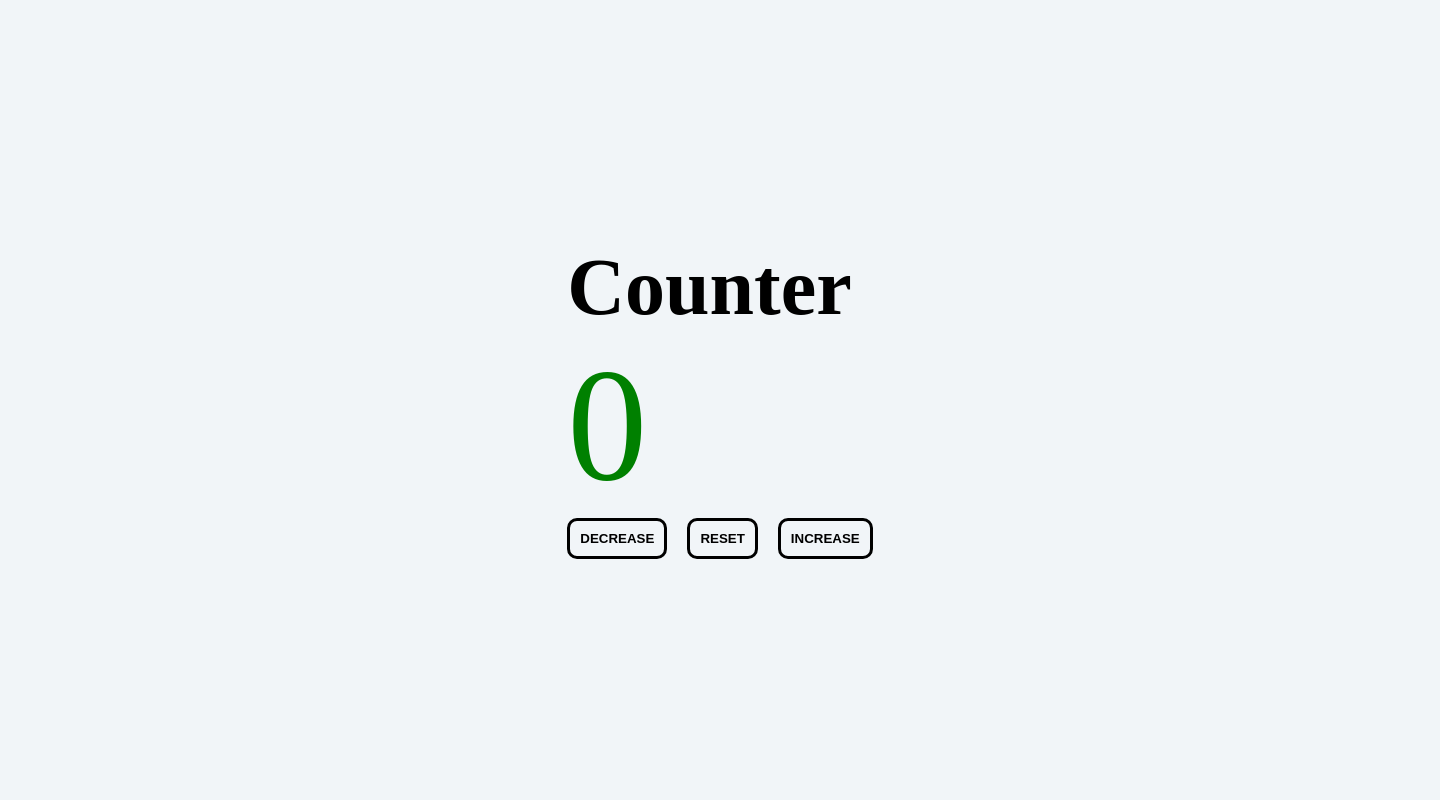
Repository: imokha01/createCounter
Page: index.html
An editor plug-in stored every save of this project. The page is shown before and after a run of saves, followed by the edit.
The browser window is 1280 px wide. The page is 1440 px wide, so the pictures cover 1440 px, including what lies to the right of the window. The pictures show the whole page.
After loading, the first visible `button.btn` was clicked once.

Above is the page before, as saved 2024-01-18 09:03:25.

### index.html
<!DOCTYPE html>
<html lang="en">
  <head>
    <meta charset="UTF-8" />
    <meta name="viewport" content="width=device-width, initial-scale=1.0" />
    <link rel="stylesheet" href="style.css" />
    <title>Document</title>
  </head>
  <body>
    <div class="main">
      <div class="container">
        <h1>Counter</h1>
        <div id="countDisplay" value="0">0</div>
        <div class="controls">
          <button  class="btn decrease">DECREASE</button>
          <button  class="btn reset">RESET</button>
          <button  class="btn increase">INCREASE</button>
        </div>
      </div>
    </div>
    <script src="./index.js"></script>
  </body>
</html>

### style.css
* {
    margin: 0;
    padding: 0;
    box-sizing: border-box;
}

body {
    overflow: hidden    ;
}

.main {
    display: flex;
    flex-direction: column;
    justify-content: center;
    align-items: center;
    background-color: #f1f5f8;
    width: 90rem;
    height: 50rem;
}

h1 {
    font-size: 5rem;
}

#countDisplay {
    color: green;
    font-size: 10rem;

}

.controls {
    display: flex;
    gap: 20px;
}

.controls > button {
    padding: 10px;
    border: 3px solid black;
    border-radius: 10px;
    font-weight: 700;
    background-color: transparent;
    cursor: pointer;
}

### index.js
// select values and buttons
const counterScreen = document.querySelector("#countDisplay");
const Buttons = document.querySelectorAll(".btn")

// set initial count value
let count = 0;

//set the button function
Buttons.forEach((btn) => {
    btn.addEventListener("click", (e) => {
        const styles = e.currentTarget.classList;
        if (styles.contains("decrease")){
            count--;
        } else if (styles.contains("increase")){
            count++
        } else
        counterScreen.textContent = count;
    });
});



// const counter = () => {
//     let count = 0;
//     if (increaseButton) {
//         return count += 1
//         console.log(count)
//     }
// }

After the next 3 saves:
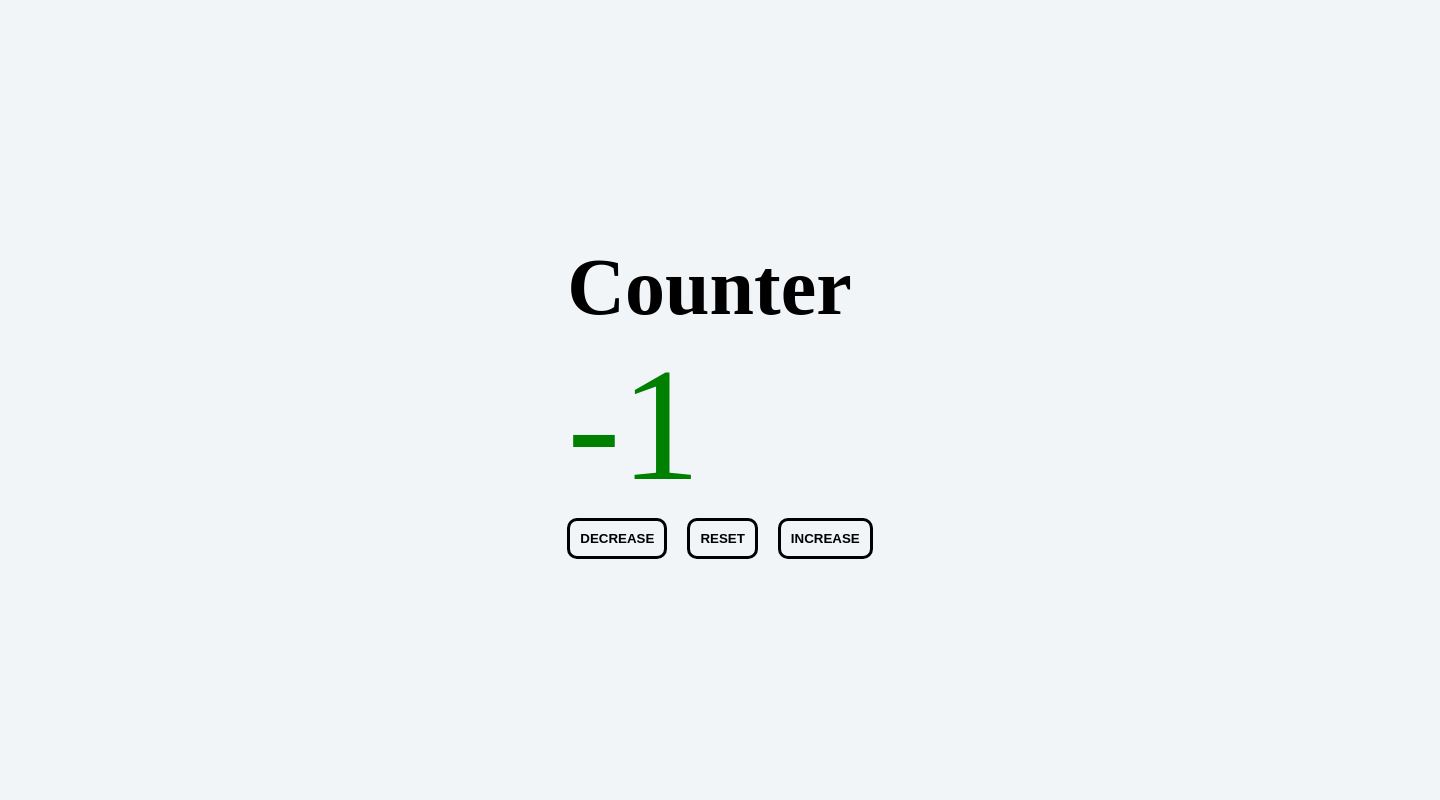
The 3 saves are shown as one change because they came seconds apart.
The last was saved 13 s later.
--- a/index.js
+++ b/index.js
@@ -13,7 +13,7 @@ Buttons.forEach((btn) => {
             count--;
         } else if (styles.contains("increase")){
             count++
-        } else
+        } else count ==  0
         counterScreen.textContent = count;
     });
 });
